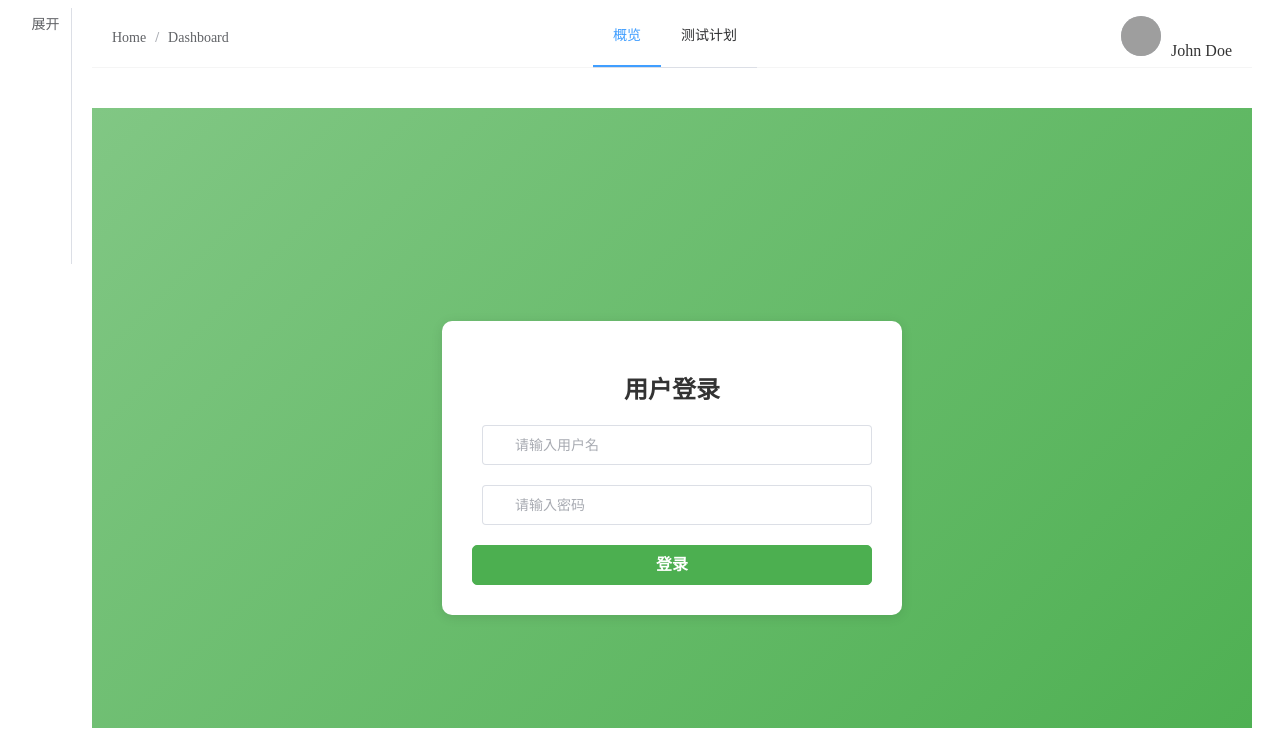
Repository: IsHexx/VerityX
Page: /login (app in front/)
An editor plug-in stored every save of this project. The page is shown before and after the next save, followed by the edit.
The browser window is 1280 px wide. The pictures show the whole page.
Pictures or frames that could not be fetched are drawn as grey boxes. An inner scrolling area shows only its first screen. The project was rebuilt for these pictures with package versions that can differ from the ones it lists, and the page was loaded fresh each time. Also part of the build but not shown: front/vue.config.js, front/src/views/HomePage.vue, front/src/views/TestManage/TestPlanPage.vue, front/src/views/TestManage/OverviewPage.vue, front/src/views/ApiTest/ApiManagePage.vue.

Above is the page before, as saved 2024-10-12 09:52:39.

### front/src/App.vue
<template>
  <div class="common-layout">
    <el-container>
      <!-- 侧边栏 -->
      <el-aside class="fixed-aside">
        <common-aside @update-top-menu="updateTopMenu"></common-aside>
      </el-aside>

      <!-- 右侧内容，Header 和 Main 为上下布局 -->
      <el-container direction="vertical">
        <!-- Header 部分 -->
        <el-header>
          <!-- 引用 CommonHeader，传递顶部菜单 -->
          <common-header :sub-menus="currentSubMenus"></common-header>
        </el-header>

        <!-- Main 部分 -->
        <el-main>
          <router-view></router-view>
        </el-main>
      </el-container>
    </el-container>
  </div>
</template>

<script>
import CommonHeader from "./components/CommonHeader.vue";
import CommonAside from "./components/CommonAside.vue";
import { useMenuStore } from '@/store/menuStore';

export default {
  components: {
    CommonAside,
    CommonHeader,
  },
  data() {
    return {
      currentSubMenus: [] // 用于存储当前顶部菜单的子菜单
    }
  },
  methods: {
    updateTopMenu(mainMenuIndex) {
      const { menuItems } = useMenuStore();
      const mainMenu = menuItems.find(item => item.index === mainMenuIndex);
      this.currentSubMenus = mainMenu ? mainMenu.subMenus : [];
    }
  }
};
</script>


<style scoped>
.common-layout {
  height: 100vh; /* 设置整体布局占满整个视口高度 */
}

.fixed-aside {
  background-color: #ffffff;
  color: #333;
  height: calc(100vh);
  overflow-y: auto;
  width: auto;
  max-width: 200px;
  border-radius: 20px 0px 0px 20px;
}

.common-layout > .el-container {
  height: 100%;
}

.common-layout > .el-container > .el-container > .el-main {
  background-color: #fff;
  height: calc(100vh - 7%); /* Main 高度等于视口高度减去 Header 的高度 */
  margin-top: 20px;
  padding: 20px;
}

* {
  margin: 0;
  padding: 0;
}
</style>

### front/src/router/index.js
import { createRouter, createWebHistory } from 'vue-router';
import UserLogin from '@/components/UserlLogin.vue';
import HomePage from '@/views/HomePage.vue';
import TestPlanPage from '@/views/TestManage/TestPlanPage.vue';
import OverviewPage from '@/views/TestManage/OverviewPage.vue';
import ApiManagePage from '@/views/ApiTest/ApiManagePage.vue';


const routes = [
  {
    path: '/login',
    name: 'Login',
    component: UserLogin
  },
  // {
  //   path: '/home',  // 新增的导航页面路由
  //   name: 'Home',
  //   component: HomePage
  // },
  {
    path: '/testplan',
    name: 'TestPlan',
    component: TestPlanPage, // 添加 TestPlanPage 的路由
  },
  {
    path: '/overview',
    name: 'Overview',
    component: OverviewPage, // 添加 OverviewPage 的路由
  },
  {
    path: '/apimanage',
    name: 'Apimanage',
    component: ApiManagePage, // 添加 ApiManagePage 的路由
  },
];

const router = createRouter({
  history: createWebHistory(process.env.BASE_URL),
  routes,
});

// 路由守卫，检查登录状态
router.beforeEach((to, from, next) => {
  const token = localStorage.getItem('token');
  if (to.matched.some(record => record.meta.requiresAuth) && !token) {
    next({ name: 'Login' });
  } else {
    next();
  }
});

export default router;

### front/src/store/index.js
import { createStore } from 'vuex';
import { login } from '@/api/auth';

export default createStore({
    state: {
        user: null,
        token: null,
    },
    mutations: {
        SET_USER(state, user) {
            state.user = user;
        },
        SET_TOKEN(state, token) {
            state.token = token;
        },
        LOGOUT(state) {
            state.user = null;
            state.token = null;
        }
    },
    actions: {
        async login({ commit }, credentials) {
            try {
                const response = await login(credentials);
                const { user, token } = response.data;
                commit('SET_USER', user);
                commit('SET_TOKEN', token);
                return true;
            } catch (error) {
                console.error('登录失败:', error);
                return false;
            }
        },
        logout({ commit }) {
            commit('LOGOUT');
        }
    }
});

### front/src/components/CommonHeader.vue
<template>
  <el-header class="header">
    <!-- 导航栏左侧内容 -->
    <div class="header-left">
      <el-breadcrumb separator="/">
        <el-breadcrumb-item>Home</el-breadcrumb-item>
        <el-breadcrumb-item>Dashboard</el-breadcrumb-item>
      </el-breadcrumb>
    </div>
    <!-- 中间的水平菜单 -->
    <el-menu
      mode="horizontal"
      :ellipsis="false"
      class="horizontal-menu"
      :default-active="activeSubMenu"
    >
      <el-menu-item
        v-for="item in currentSubMenus"
        :key="item.index"
        :index="item.index"
        @click="setActiveMenu(activeMainMenu, item.index)"
      >
        {{ item.title }}
      </el-menu-item>
    </el-menu>

    <!-- 导航栏右侧内容 -->
    <div class="header-right">
      <!-- 用户信息部分：头像 + 用户名 + 下拉菜单 -->
      <el-dropdown trigger="click">
        <span class="el-dropdown-link">
          <el-avatar src="https://www.example.com/user-avatar.jpg" size="40"></el-avatar>
          <span class="username">{{ username }}</span>
        </span>
        <template #dropdown>
          <el-dropdown-menu>
            <el-dropdown-item>Profile</el-dropdown-item>
            <el-dropdown-item>Settings</el-dropdown-item>
            <el-dropdown-item divided @click="logout">Logout</el-dropdown-item>
          </el-dropdown-menu>
        </template>
      </el-dropdown>
    </div>
  </el-header>
</template>

<script setup>
import { ref, onMounted , watch} from 'vue';
import { useMenuStore } from '@/store/menuStore';

const { activeMainMenu, activeSubMenu, currentSubMenus, setActiveMenu, initializeActiveMenu } = useMenuStore();

console.log('activeSubMenu:', activeSubMenu)
console.log('currentSubMenus:', activeSubMenu)
// 模拟用户名
const username = ref('John Doe');

// 模拟退出登录方法
const logout = () => {
  console.log('Logout clicked');
  // 在此处处理退出登录的逻辑
};
// 监听 activeMainMenu 的变化
watch(activeMainMenu, () => {
  console.log('activeMainMenu changed:', activeMainMenu.value);
  console.log('currentSubMenus:', currentSubMenus.value);
});

onMounted(() => {
  initializeActiveMenu();
});
</script>

<style scoped>
.header {
  display: flex;
  justify-content: space-between;
  padding: 0 20px;
  background-color: #ffffff;
  border-bottom: #f5f5f5 1px solid;
  align-items: center;
}

.header-left {
  display: flex;
  align-items: center;
}

.header-right {
  display: flex;
  align-items: center;
}

.username {
  margin-left: 10px;
  font-size: 16px;
  color: #333;
}

.el-avatar {
  cursor: pointer;
}
</style>

### front/src/components/CommonAside.vue
<template>
  <div class="aside">
    <el-menu
      :default-active="activeMainMenu"
      class="el-menu-vertical-demo"
      :collapse="isCollapse"
      @open="handleOpen"
      @close="handleClose"
    >
      <el-button
        :icon="isCollapse ? 'el-icon-arrow-right' : 'el-icon-arrow-down'"
        @click="toggleCollapse"
        style="width: 55px; border: 0px"
      >
        {{ isCollapse ? "展开" : "折叠" }}
      </el-button>
      <el-menu-item
        v-for="item in menuItems"
        :key="item.index"
        :index="item.index"
        @click="setActiveMenu(item.index, '1-1')"
      >
        <el-icon><component :is="item.icon" /></el-icon>
        <template #title>{{ item.title }}</template>
      </el-menu-item>
    </el-menu>
  </div>
</template>

<script setup>
import { ref, onMounted } from "vue";
import {
  Menu as House,
  Edit,
  Notification,
  Setting,
} from "@element-plus/icons-vue";
import { useMenuStore } from '../store/menuStore';

const { menuItems, activeMainMenu, setActiveMenu, initializeActiveMenu } = useMenuStore();

const isCollapse = ref(true);
const toggleCollapse = () => {
  isCollapse.value = !isCollapse.value;
};
const handleOpen = (key) => {
  console.log(key);
};
const handleClose = (key) => {
  console.log(key);
};

onMounted(() => {
  initializeActiveMenu();
});
</script>

  <style>
.aside {
  background-color: #ffffff;
}
.el-menu-vertical-demo:not(.el-menu--collapse) {
  width: 100%;
  height: 100%; /* 确保菜单占据整个父容器高度 */
  /*overflow-y: clip; !* 使菜单内容滚动 *!*/
  /* min-height: 400px; */
  background-color: #ffffff;
}
</style>

### front/src/store/menuStore.js
// menuStore.js
import { ref, computed, watch } from 'vue'
import { useRoute, useRouter } from 'vue-router'

export const useMenuStore = () => {
  const route = useRoute()
  const router = useRouter()

  const menuItems = [
    {
      index: '1',
      icon: 'House',
      title: '测试管理',
      route: '/overview',
      subMenus: [
        { index: '1-1', title: '概览', route: '/overview' },
        { index: '1-2', title: '测试计划', route: '/testplan' },
      ]
    },
    {
      index: '2',
      icon: 'Notification',
      title: '接口测试',
      route: '/apimanage',
      subMenus: [
        { index: '2-1', title: '测试', route: '/apimanage' },
      ]
    },
    {
      index: '3',
      icon: 'Edit',
      title: 'UI测试',
      route: '/ui-testing',
      subMenus: []
    },
    {
      index: '4',
      icon: 'Setting',
      title: '系统设置',
      route: '/settings',
      subMenus: []
    }
  ]

  const activeMainMenu = ref(menuItems[0].index)
  const activeSubMenu = ref(menuItems[0].subMenus[0]?.index || '')
  // 要让这个值初有变化
  console.log('默认激活的菜单是:', activeSubMenu)
  console.log('默认激活的子菜单是:', activeSubMenu)

  const currentSubMenus = computed(() => {
    console.log('currentSubMenus被调用')
    const mainMenu = menuItems.find(item => item.index === activeMainMenu.value)
    return mainMenu ? mainMenu.subMenus : []
  })

  const setActiveMenu = (mainIndex, subIndex) => {
    console.log('setActiveMenu被调用，参数是:', mainIndex, subIndex)
    const mainMenu = menuItems.find(item => item.index === mainIndex)
    if (!mainMenu) return
    console.log('当前激活的菜单是:', mainMenu)
    activeMainMenu.value = mainIndex


    console.log('激活的主菜单:', activeMainMenu.value); // 确保这里的值已经更新

    // 重新调用 currentSubMenus
    console.log('currentSubMenus:', currentSubMenus.value);
    if (subIndex) {
      activeSubMenu.value = subIndex
    } else if (mainMenu.subMenus.length > 0) {

      activeSubMenu.value = mainMenu.subMenus[0].index
      console.log('当前激活的子菜单是:', activeSubMenu.value)

    } else {
      activeSubMenu.value = ''
    }
    const targetSubMenu = mainMenu.subMenus.find(item => item.index === activeSubMenu.value)
    const targetRoute = targetSubMenu ? targetSubMenu.route : mainMenu.route
    console.log('跳转路由到:', targetRoute)
    console.log('跳转子路由到:', targetSubMenu)

    console.log('mainMenu的值:', menuItems[0].index)
    console.log('menuItems[0].subMenus[0]的值:', menuItems[0].subMenus[0])
    router.push(targetRoute)
  }

  // 监听路由变化, 加了这一句实现了
  watch(() => route.path, (newPath) => {
    initializeActiveMenu()
  })
  const initializeActiveMenu = () => {
    const currentPath = route.path
    for (const mainMenu of menuItems) {
      if (currentPath === mainMenu.route || currentPath.startsWith(mainMenu.route + '/')) {
        activeMainMenu.value = mainMenu.index
        console.log('initializeActiveMenu中activeMainMenu的值是:', activeMainMenu.value)
        const subMenu = mainMenu.subMenus.find(sub => sub.route === currentPath)
        activeSubMenu.value = subMenu ? subMenu.index : (mainMenu.subMenus[0]?.index || '')
        return
      }
    }
    // If no match found, default to the first menu item
    activeMainMenu.value = menuItems[0].index
    activeSubMenu.value = menuItems[0].subMenus[0]?.index || ''
  }
  console.log('看一下:currentSubMenus的值', currentSubMenus)
  // 初始化当前激活的菜单
  initializeActiveMenu()

  return {
    menuItems,
    activeMainMenu,
    activeSubMenu,
    currentSubMenus,
    setActiveMenu,
    initializeActiveMenu
  }
}

### front/src/components/UserlLogin.vue
<template>
  <div class="login-container">
    <div class="login-box">
      <h2 class="login-title">用户登录</h2>
      <el-form :model="form" ref="loginForm" @submit.prevent="handleLogin">
        <el-form-item prop="username">
          <el-input v-model="form.username" placeholder="请输入用户名" prefix-icon="el-icon-user"></el-input>
        </el-form-item>
        <el-form-item prop="password">
          <el-input type="password" v-model="form.password" placeholder="请输入密码" prefix-icon="el-icon-lock"></el-input>
        </el-form-item>
        <el-button type="primary" class="login-button" @click="handleLogin">登录</el-button>
      </el-form>
    </div>
  </div>
</template>

<script>
import { mapActions } from 'vuex';

export default {
  data() {
    return {
      form: {
        username: '',
        password: ''
      }
    };
  },
  methods: {
    ...mapActions(['login']),
    async handleLogin() {
      const success = await this.login(this.form);
      if (success) {
        this.$router.push('/');
      } else {
        this.$message.error('登录失败，请检查用户名或密码');
      }
    }
  }
};
</script>

<style scoped>
.login-container {
  display: flex;
  justify-content: center;
  align-items: center;
  height: 100vh;
  background: linear-gradient(135deg, #81c784, #4caf50);
}

.login-box {
  background: #fff;
  padding: 30px;
  border-radius: 10px;
  box-shadow: 0 2px 12px rgba(0, 0, 0, 0.1);
  width: 400px;
  text-align: center;
}

.login-title {
  font-size: 24px;
  font-weight: bold;
  margin-bottom: 20px;
  color: #333;
}

.el-form-item {
  margin-bottom: 20px;
}

.el-input {
  border-radius: 5px;
  height: 40px;
  padding-left: 10px;
}

.el-button.login-button {
  width: 100%;
  border-radius: 5px;
  height: 40px;
}

.login-button {
  background-color: #4caf50;
  border-color: #4caf50;
  font-size: 16px;
  font-weight: bold;
}

.login-button:hover {
  background-color: #388e3c;
  border-color: #388e3c;
}
</style>

### front/src/api/auth.js
import axios from 'axios';

export function login(data) {
    return axios.post('/api/login', data);
}

Loaded but not shown: front/public/index.html (common file); front/src/main.js (common file)

After the next save:
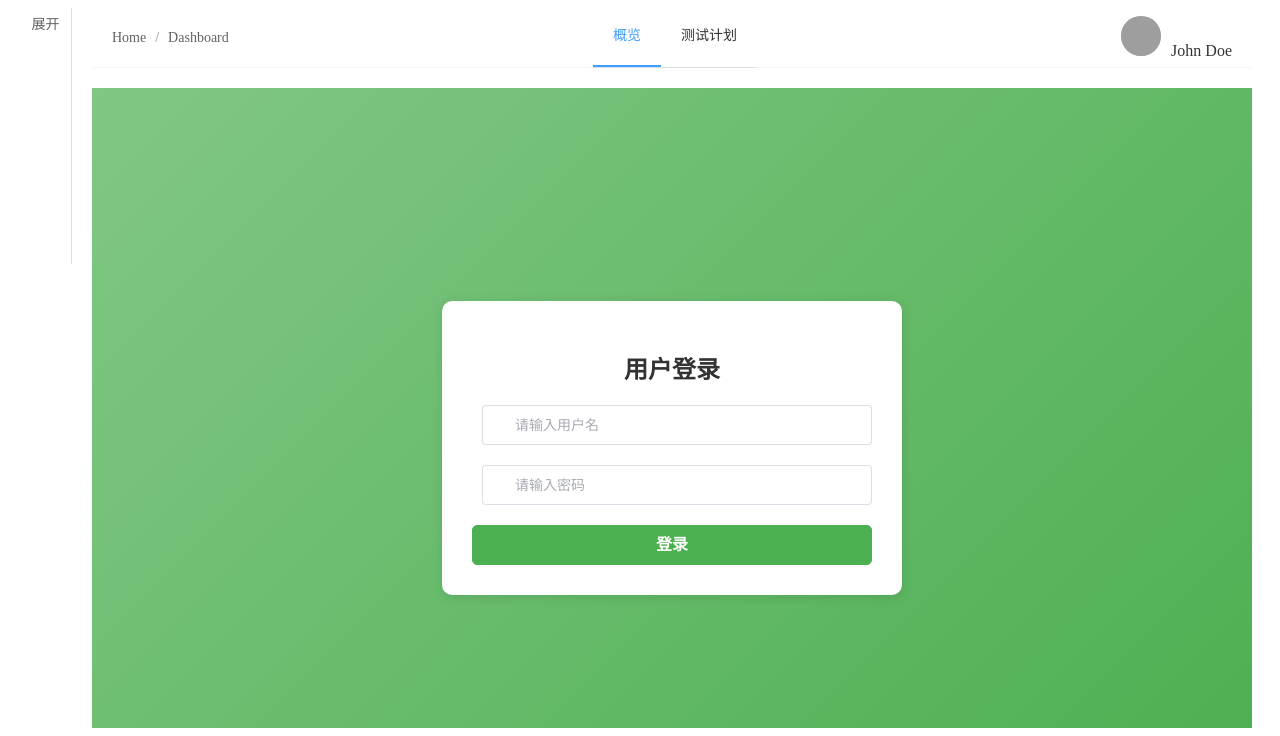
Saved 47 h 37 min later.
--- a/front/src/App.vue
+++ b/front/src/App.vue
@@ -69,11 +69,11 @@
 }
 
 .common-layout > .el-container > .el-container > .el-main {
-  background-color: #fff;
-  height: calc(100vh - 7%); /* Main 高度等于视口高度减去 Header 的高度 */
-  margin-top: 20px;
-  padding: 20px;
-}
+    background-color: #fff;
+    height: calc(100vh - 7%); /* Main 高度等于视口高度减去 Header 的高度 */
+    margin-top: 0; /* 移除顶部外边距 */
+    padding: 20px;
+  }
 
 * {
   margin: 0;

After the save that followed:
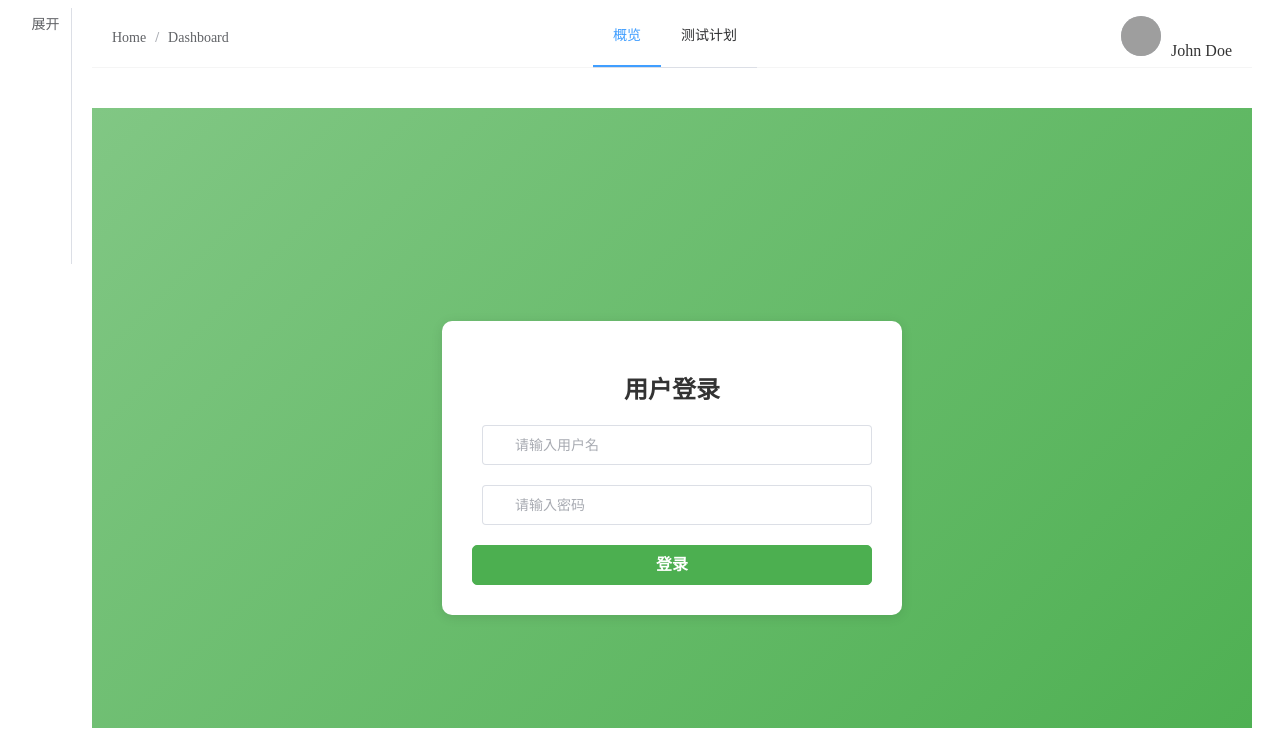
Saved 3 min 55 s later.
--- a/front/src/App.vue
+++ b/front/src/App.vue
@@ -69,11 +69,11 @@
 }
 
 .common-layout > .el-container > .el-container > .el-main {
-    background-color: #fff;
-    height: calc(100vh - 7%); /* Main 高度等于视口高度减去 Header 的高度 */
-    margin-top: 0; /* 移除顶部外边距 */
-    padding: 20px;
-  }
+  background-color: #fff;
+  height: calc(100vh - 7%); /* Main 高度等于视口高度减去 Header 的高度 */
+  margin-top: 20px;
+  padding: 20px;
+}
 
 * {
   margin: 0;
